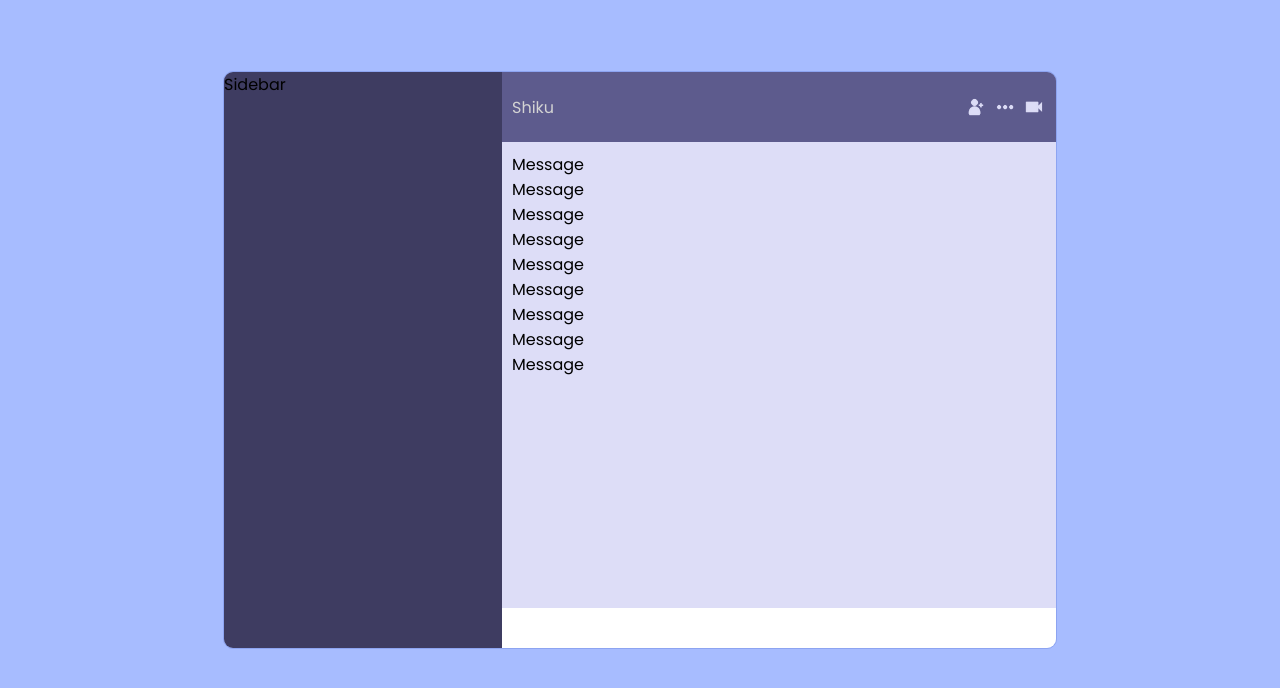
Repository: shikubro90/chatapp
Page: /
These files come from the project's save history. The page is drawn as it stood at one moment and after the next save; the edit follows.
The browser window is 1280 px wide. The pictures show the whole page.
The project was rebuilt for these pictures with package versions that can differ from the ones it lists, and the page was loaded fresh each time. Also part of the build but not shown: src/pages/Login.jsx, src/pages/Register.jsx.

Above is the page before, as saved 2022-09-14 20:20:56.

After the next save:
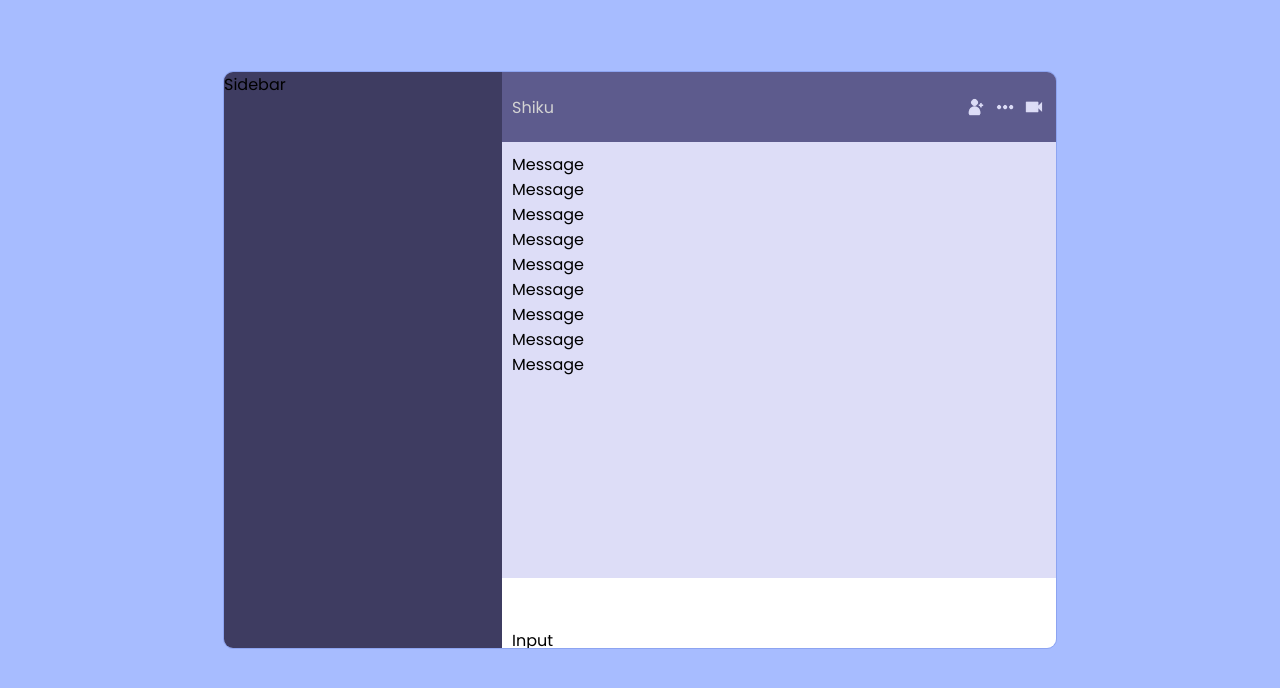
Saved 6 s later.
--- a/src/style.scss
+++ b/src/style.scss
@@ -230,7 +230,7 @@
             .messages{
                 background: #ddddf7;
                 padding: 10px;
-                height: calc(100% - 130px);
+                height: calc(100% - 160px);
             }
             .input{
                 background: white;
